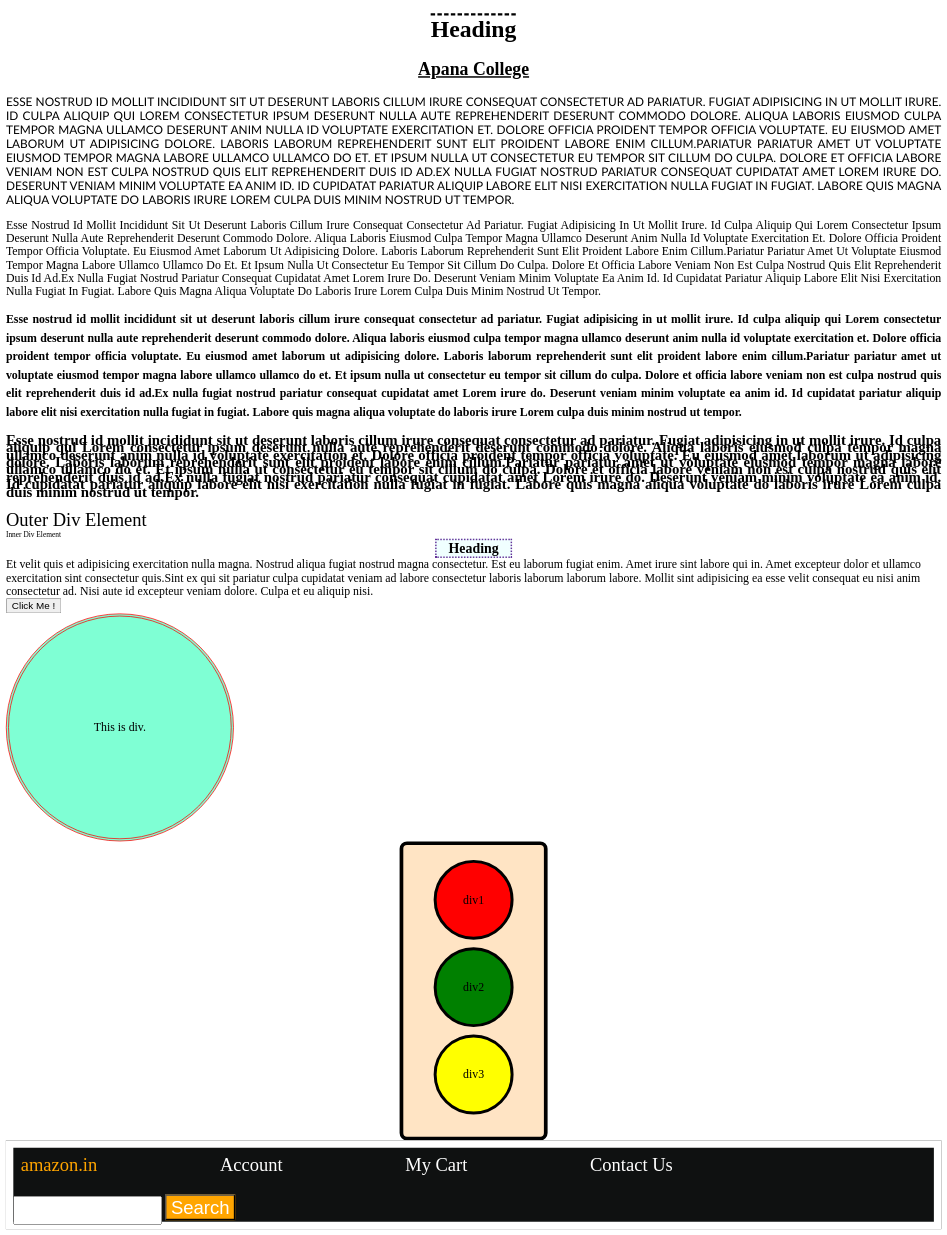
Repository: rakeshkolpepatil/CSS_Apana_College
Page: index.html
These files come from the project's save history. The page is drawn as it stood at one moment and after the next save; the edit follows.
The browser window is 1280 px wide. The pictures show the whole page, at 74% of full size.

Above is the page before, as saved 2023-06-22 22:07:47.

After the next save:
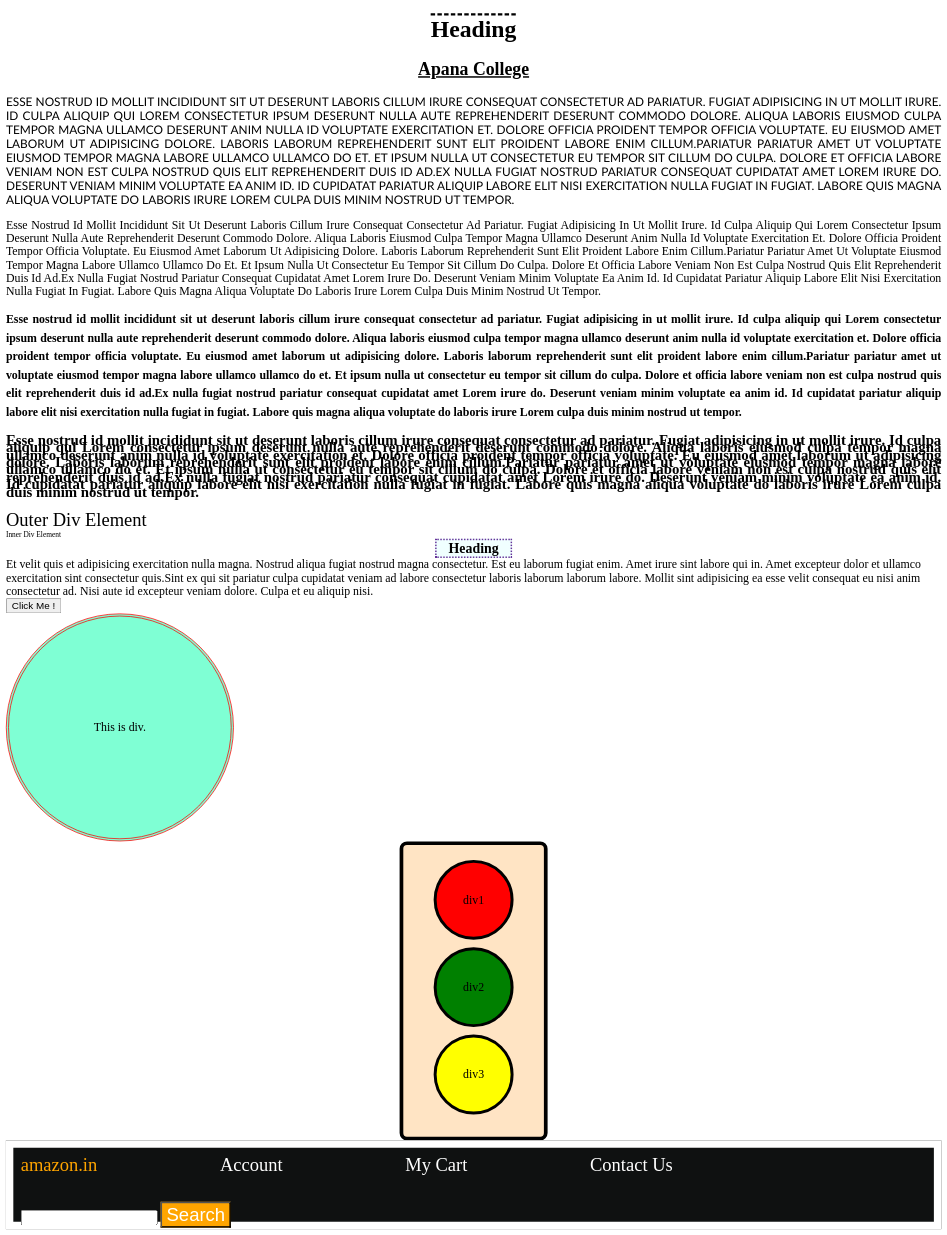
Saved 43 s later.
--- a/index.html
+++ b/index.html
@@ -43,8 +43,8 @@
     <a style="display:inline-block; margin-right: 13%; color: white; margin-top: 10px; text-decoration: none; font-size: 25px;" href="">Account</a>
     <a style="display:inline-block; margin-right: 13%; color: white; margin-top: 10px; text-decoration: none; font-size: 25px;" href="">My Cart</a>
     <a style="display:inline-block; margin-right: 13%; color: white; margin-top: 10px; text-decoration: none; font-size: 25px;" href="">Contact Us</a>
-    <div style="display:inline-block;">
-      <input style="display:inline-block;  color: white; padding: 10px;"> </input>
+    <div style="display:inline-block;  padding: 10px;">
+      <input style="display:inline-block;  color: white;"> </input>
       <button style="background-color: orange; color:white;  font-size: 25px; margin-top: 25px;"> Search</button>
     </div>
   </div>
